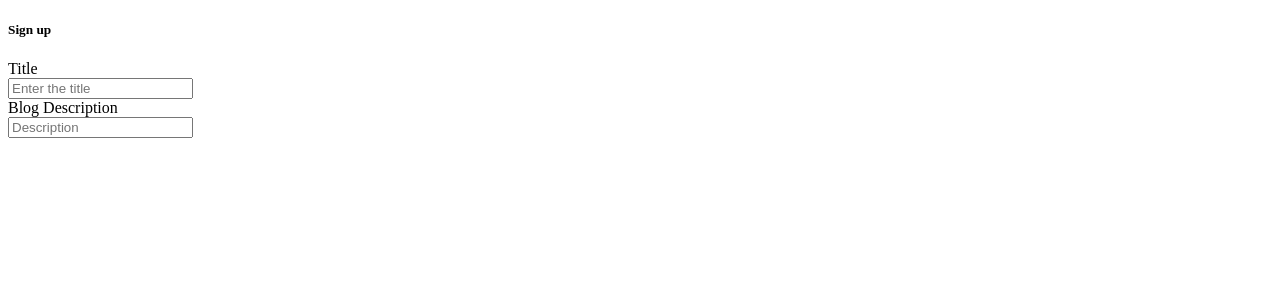
Repository: Abinayasivapraba/Project2
Page: ChatZoneFE/WebContent/Blog/Blog.html
These files come from the project's save history. The page is drawn as it stood at one moment and after the next save; the edit follows.
The browser window is 1280 px wide. The pictures show the whole page.

Above is the page before, as saved 2017-05-15 01:07:59.

### ChatZoneFE/WebContent/Blog/Blog.html
<!DOCTYPE html>
<html>
<head>
<meta charset="ISO-8859-1">
<title>Insert title here</title>
</head>
<body>
<div ng-controller="BlogController as ctrl">
<div class="formcontainer">
			<div class="row main">
				<div class="main-login main-center">
				<h5>Sign up </h5>
					<form ng-submit="ctrl.submit()" name="myForm" class="form-horizontal">


<div class="form-group">
							<label for="email" class="cols-sm-2 control-label">Title</label>
							<div class="cols-sm-4">
								<div class="input-group">
									<span class="input-group-addon"><i class="fa fa-envelope fa" aria-hidden="true"></i></span>
									<input type="text" class="form-control" name="title" id="title" ng-model="ctrl.blog.title"  placeholder="Enter the title"/>
								</div>
							</div>
						</div>

						<div class="form-group">
							<label for="desc" class="cols-sm-2 control-label">Blog Description</label>
							<div class="cols-sm-4">
								<div class="input-group">
									<span class="input-group-addon"><i class="fa fa-users fa" aria-hidden="true"></i></span>
									<input type="text" class="form-control" name="description" id="id" ng-model="ctrl.blog.description"  placeholder="Description"/>
								</div>
							</div>
						</div>
						</form>
						</div>
						</div>
						</div>
						</div>


</body>
</html>

After the next save:
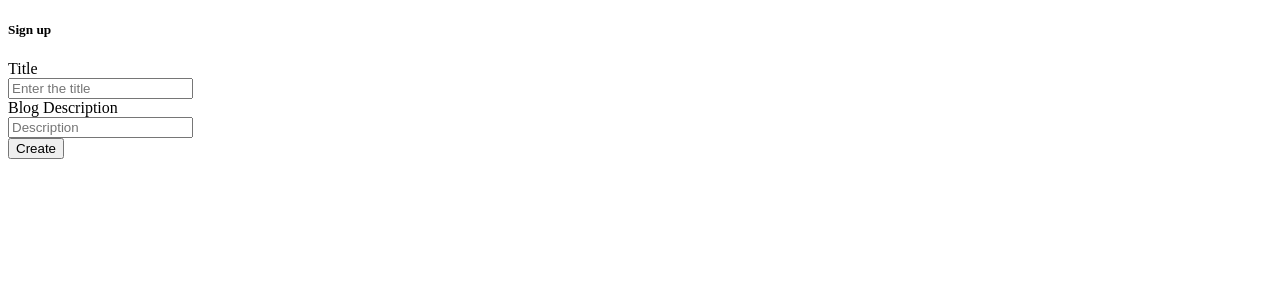
Saved 42 s later.
--- a/ChatZoneFE/WebContent/Blog/Blog.html
+++ b/ChatZoneFE/WebContent/Blog/Blog.html
@@ -32,6 +32,8 @@
 								</div>
 							</div>
 						</div>
+
+						<input type="submit" class="btn btn-lg btn-success btn-success" value="Create">
 						</form>
 						</div>
 						</div>
